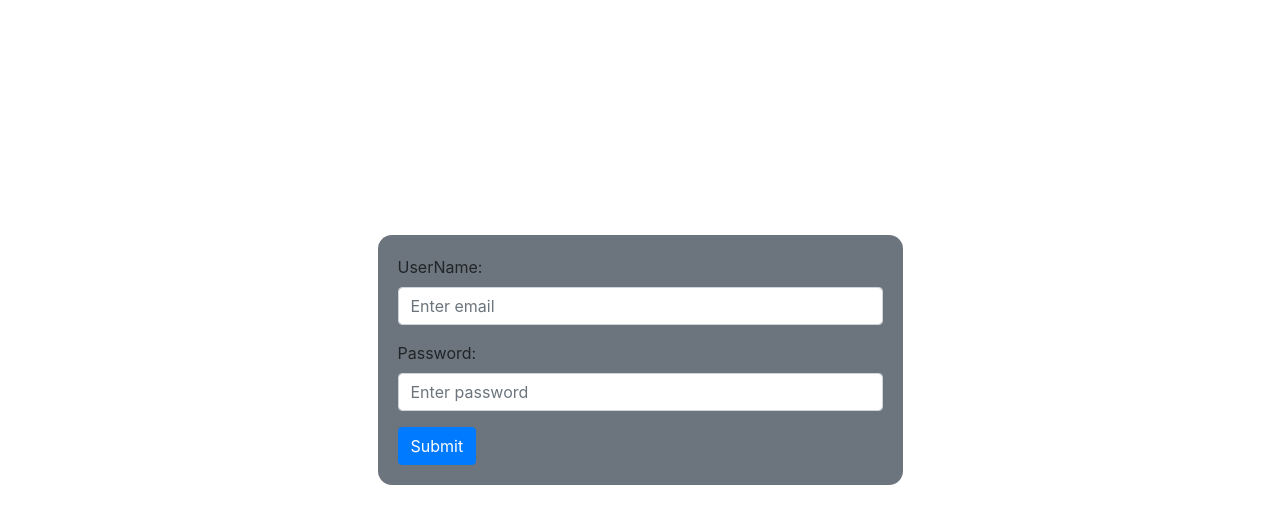
Repository: huutien1904/bai3-ltw
Page: http://localhost/login.php
An editor plug-in stored every save of this project. The page is shown before and after the next save, followed by the edit.
The browser window is 1280 px wide. The pictures show the whole page.
The page is run by PHP 8.4 with error messages shown; the project is at /var/www/html/.

Above is the page before, as saved 2021-11-21 23:08:53.

### login.php
<!DOCTYPE html>
<html lang="en">
<head>
    <meta charset="UTF-8">
    <meta http-equiv="X-UA-Compatible" content="IE=edge">
    <meta name="viewport" content="width=device-width, initial-scale=1.0">
    <link rel="stylesheet" href="https://maxcdn.bootstrapcdn.com/bootstrap/4.5.2/css/bootstrap.min.css">

    <script src="https://ajax.googleapis.com/ajax/libs/jquery/3.5.1/jquery.min.js"></script>
    <script src="https://cdnjs.cloudflare.com/ajax/libs/popper.js/1.16.0/umd/popper.min.js"></script>
    <script src="https://maxcdn.bootstrapcdn.com/bootstrap/4.5.2/js/bootstrap.min.js"></script>
    <link rel="stylesheet" href="./style_login.css">
    <title>Login Quản lý khách hàng</title>
</head>
<body>
    <div class="container  d-flex justify-content-center align-items-center" style="height:100vh;">
        <div class="col-md-6">
            <form action="/action_page.php" class="form_login">
                <div class="form-group">
                    <label for="email">UserName:</label>
                    <input type="text" class="form-control" placeholder="Enter email" id="email" name="username">
                </div>
                <div class="form-group">
                    <label for="pwd">Password:</label>
                    <input type="password" class="form-control" placeholder="Enter password" id="pwd" name="password">
                </div>

                <button type="submit" class="btn btn-primary">Submit</button>
            </form>
        </div>
    </div>
</body>
</html>
<style>
    .form_login{
    padding: 20px !important;
    background: var(--secondary) !important;
    border-radius: 14px;
    }
  </style>

### style_login.css
.form_login{
    padding: 20px !important;
    background: var(--secondary) !important;
    border-radius: 14px;
}

After the next save:
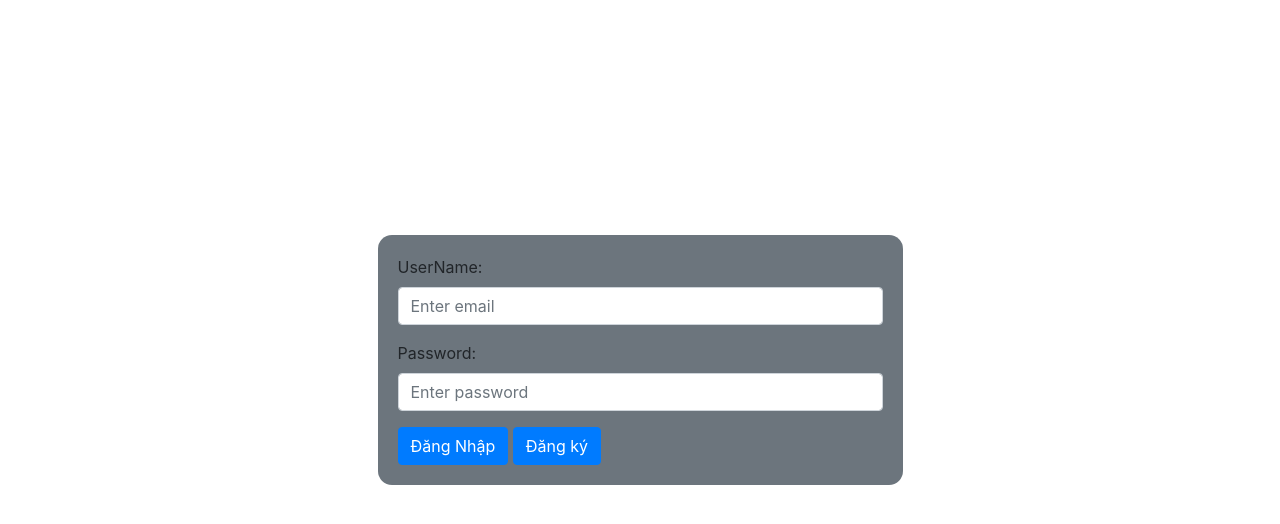
Saved 27 s later.
--- a/login.php
+++ b/login.php
@@ -25,7 +25,8 @@
                     <input type="password" class="form-control" placeholder="Enter password" id="pwd" name="password">
                 </div>
 
-                <button type="submit" class="btn btn-primary">Submit</button>
+                <button type="submit" class="btn btn-primary">Đăng Nhập</button>
+                <button type="submit" class="btn btn-primary">Đăng ký</button>
             </form>
         </div>
     </div>
